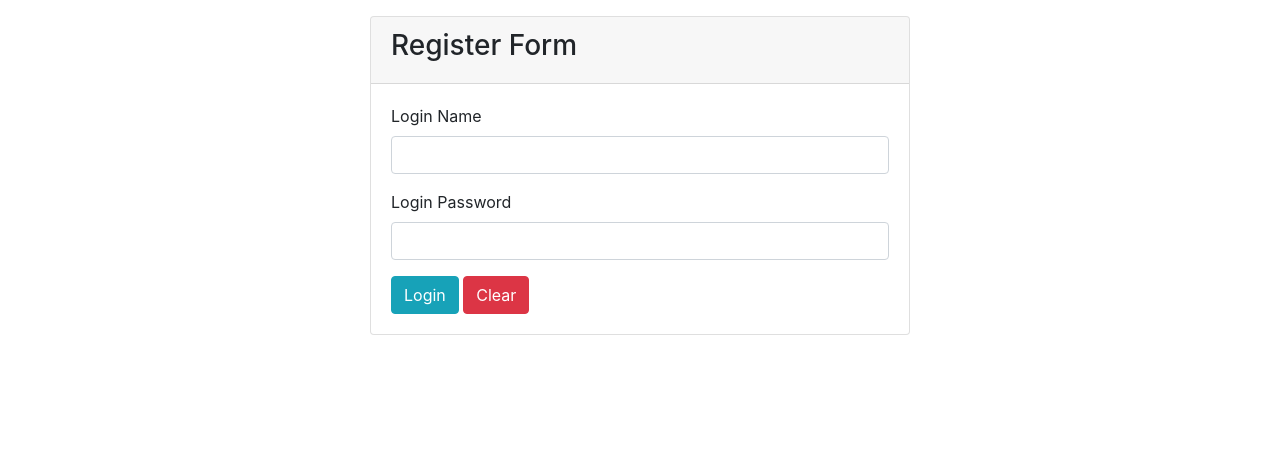
Repository: HsuMon123/Testing-Java-EE
Page: http://localhost/02-hello-servlet/
An editor plug-in stored every save of this project. The page is shown before and after the next save, followed by the edit.
The browser window is 1280 px wide. The pictures show the whole page.
The page is served by Tomcat 9. Other server files are loaded and not shown.

Above is the page before, as saved 2020-12-16 04:28:26.

### 02-hello-servlet/src/main/webapp/index.jsp
<%@ page language="java" contentType="text/html; charset=ISO-8859-1"
    pageEncoding="ISO-8859-1"%>
<!DOCTYPE html>
<html>
<head>
<meta charset="ISO-8859-1">
<title>Login Page</title>
<link href="./common/css/bootstrap.min.css" rel="stylesheet" type="text/css"/>
<script type="text/javascript" src="./common/js/jquery.min.js"></script>
<script type="text/javascript" src="./common/js/bootstrap.min.js"></script>
</head>
<body>

	<div class="container">
		<div class="row mt-3">
			<div class="col-6 offset-3">
				<div class="card">
				<div class="card-header">
					<h3>Register Form</h3>
				</div>
				<div class="card-body">
					<form action="register" class="form" method="post">
						<div class="form-group">
							<label for="">Login Name</label>
							<input type="text" name="uname" class="form-control" />
						</div>
						<div class="form-group">
							<label for="">Login Password</label>
							<input type="password" name="upass" class="form-control" />
						</div>
						<button type="submit" class="btn btn-info">Login</button>
						<button type="reset" class="btn btn-danger">Clear</button>
					</form>
				</div>
			</div>
			</div>
		</div>
	</div>


</body>
</html>

Loaded but not shown: 02-hello-servlet/src/main/webapp/common/css/bootstrap.min.css (library); 02-hello-servlet/src/main/webapp/common/js/jquery.min.js (library); 02-hello-servlet/src/main/webapp/common/js/bootstrap.min.js (library)

After the next save:
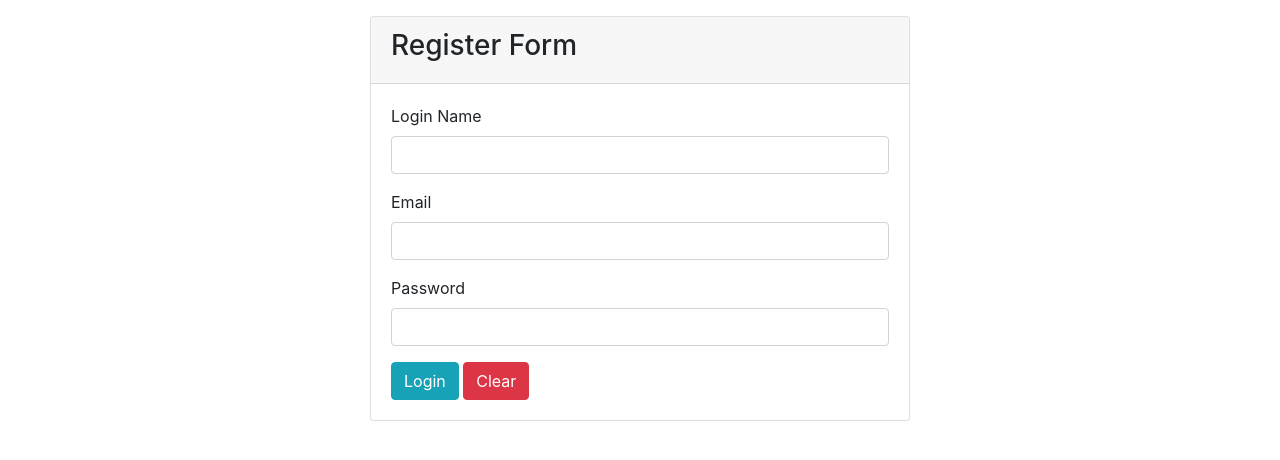
Saved 46 s later.
--- a/02-hello-servlet/src/main/webapp/index.jsp
+++ b/02-hello-servlet/src/main/webapp/index.jsp
@@ -25,7 +25,11 @@
 							<input type="text" name="uname" class="form-control" />
 						</div>
 						<div class="form-group">
-							<label for="">Login Password</label>
+							<label for="">Email</label>
+							<input type="email" name="email" class="form-control" />
+						</div>
+						<div class="form-group">
+							<label for="">Password</label>
 							<input type="password" name="upass" class="form-control" />
 						</div>
 						<button type="submit" class="btn btn-info">Login</button>
